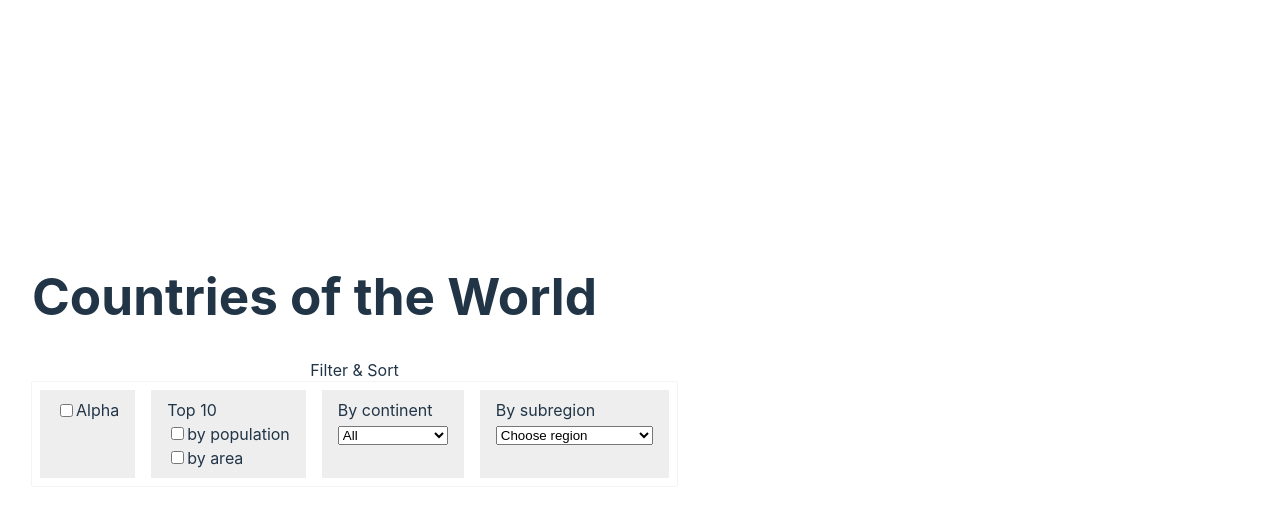
Repository: SamanthaYan298/my_countries
Page: /
The author's editor kept a copy of each file at every save. The page is drawn from the files as they stood at one save, then again after the next save.
The browser window is 1280 px wide. The pictures show the whole page.
The project was rebuilt for these pictures with package versions that can differ from the ones it lists, and the page was loaded fresh each time. Also part of the build but not shown: vite.config.js.

Above is the page before, as saved 2024-11-04 17:55:57.

After the next save:
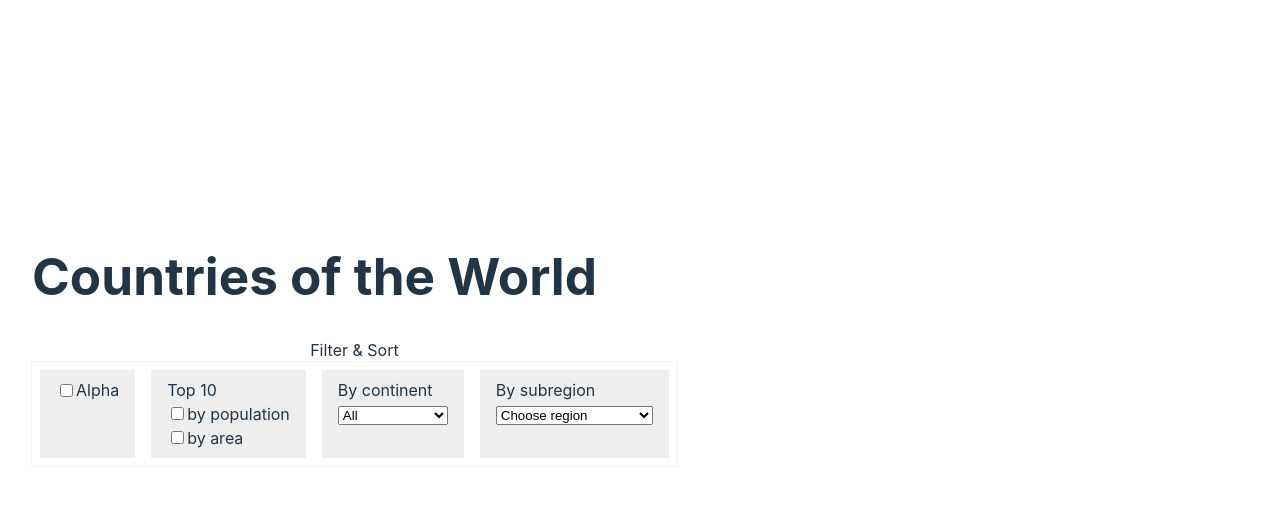
Saved 38 s later.
--- a/src/App.jsx
+++ b/src/App.jsx
@@ -58,7 +58,8 @@ function App() {
       </div>
       <div>
         <div>
-
+          <img />
+          <p></p>
         </div>
       </div>
     </>
